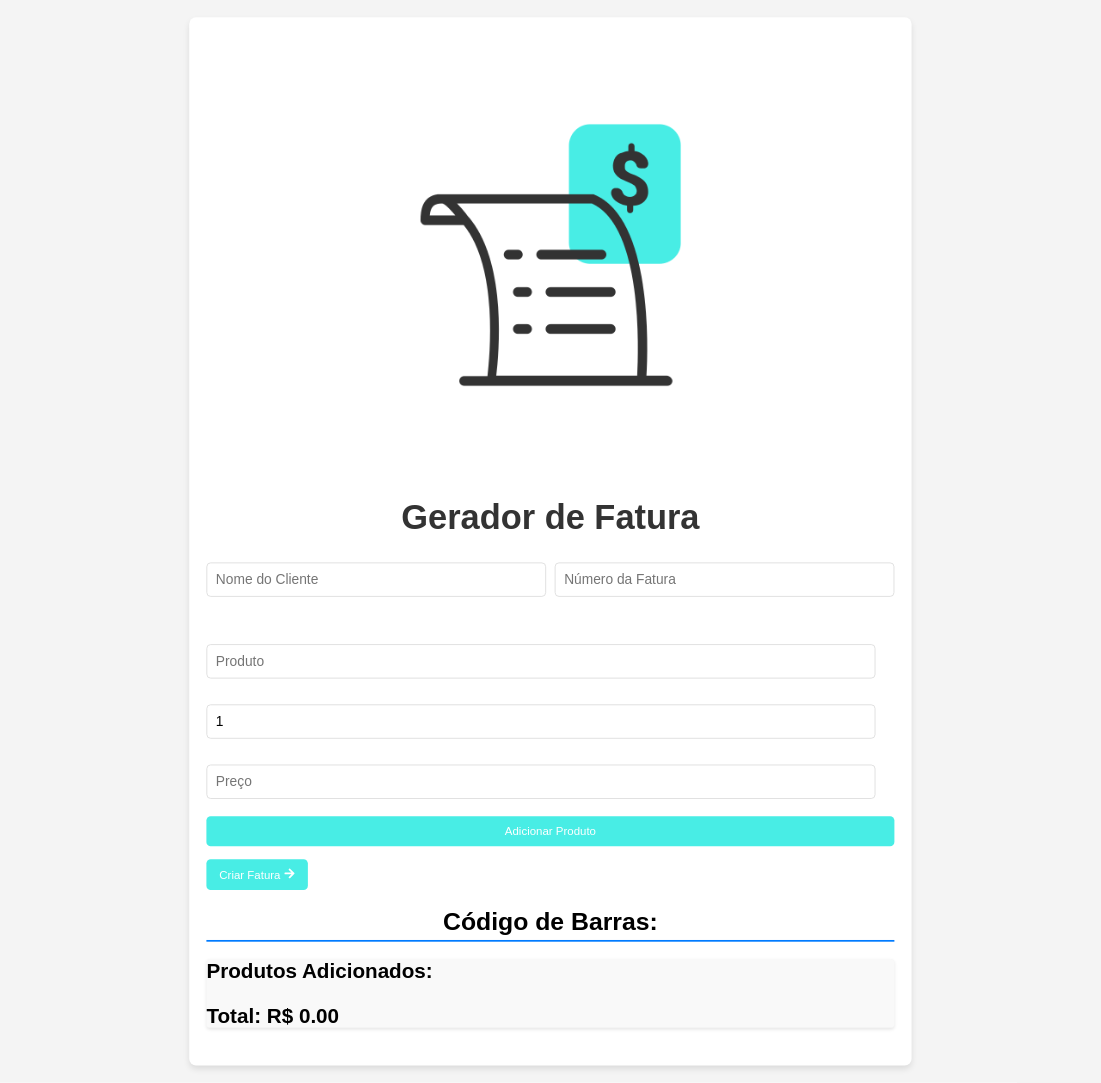
Repository: thmedu/Gerador-de-Faturas
Page: /
The author's editor kept a copy of each file at every save. The page is drawn from the files as they stood at one save, then again after the next save.
The browser window is 1280 px wide. The pictures show the whole page, at 86% of full size.
The project was rebuilt for these pictures with package versions that can differ from the ones it lists, and the page was loaded fresh each time. Also part of the build but not shown: vite.config.js, src/Componete/Template.jsx.

Above is the page before, as saved 2024-07-16 22:27:31.

### index.html
<!DOCTYPE html>
<html lang="pt-BR">

<head>
  <meta charset="UTF-8" />
  <meta name="viewport" content="width=device-width, initial-scale=1.0" />
  <meta name="description" content="Gere sua fatura de forma simples e rápida com nosso gerador de faturas em React." />
  <meta name="keywords" content="fatura, gerador de faturas, React, financeiro" />
  <meta name="author" content="Thomas Eduardo" />
  <link rel="stylesheet" href="./src/App.css">
  <link rel="icon" href="./public/logo.png" />
  <title>Gere sua Fatura</title>
</head>


<body>
  <div id="root"></div>
  <script type="module" src="./src/main.jsx"></script>
</body>

</html>

### src/App.css
/* Global Styles */
body {
  font-family: 'Arial', sans-serif;
  background-color: #f4f4f4;
  margin: 0;
  padding: 0;
}

.container {
  max-width: 800px;
  margin: 20px auto;
  padding: 20px;
  background: #ffffff;
  border-radius: 8px;
  box-shadow: 0 4px 8px rgba(0, 0, 0, 0.1);
}

.logo {
  display: block;
  margin: 0 auto 20px;
  max-width: 100%;
  height: auto;
}

.title {
  text-align: center;
  color: #333;
  margin-bottom: 20px;
}

/* Form Styles */
.form {
  display: flex;
  flex-direction: column;
  gap: 15px;
}

.inputs {
  display: flex;
  gap: 10px;
  flex-wrap: wrap; /* Allow wrapping */
}

.input-field {
  flex: 1;
  padding: 10px;
  border: 1px solid #ccc;
  border-radius: 4px;
  font-size: 16px;
  min-width: 200px; /* Minimum width for inputs */
  box-sizing: border-box; /* Include padding and border in width */
}

.submit-button {
  padding: 10px 15px;
  background-color: #48ede5;
  color: #fff;
  border: none;
  border-radius: 5px;
  cursor: pointer;
  transition: background-color 0.3s;
}

.submit-button:hover {
  background-color: #36b8c2;
}

.product-form {
  margin-top: 20px;
  display: flex;
  flex-direction: column;
  gap: 10px;
}

.product-form input {
  padding: 10px;
  border: 1px solid #ccc;
  border-radius: 4px;
  width: 100%; /* Full width for product inputs */
  box-sizing: border-box; /* Include padding and border in width */
}

/* Product List Styles */
.product-list {
  margin-top: 20px;
  padding: 10px;
  background: #f9f9f9;
  border-radius: 4px;
  box-shadow: 0 2px 4px rgba(0, 0, 0, 0.1);
}

.product-list ul {
  list-style-type: none;
  padding: 0;
}

.product-list li {
  padding: 8px 0;
  border-bottom: 1px solid #ddd;
}

.product-list li:last-child {
  border-bottom: none;
}

/* Barcode and PDF Container Styles */
.barcode-container {
  margin-top: 20px;
  text-align: center;
}


/* Button Styles */
.back-button {
  margin-top: 20px;
  padding: 10px 15px;
  background-color: #ff6b6b;
  color: white;
  border: none;
  border-radius: 5px;
  cursor: pointer;
  transition: background-color 0.3s;
}

.back-button:hover {
  background-color: #e55b5b;
}

/* Media Queries */
@media (max-width: 600px) {
  .inputs {
    flex-direction: column;
  }

  .input-field {
    margin-bottom: 10px;
    width: 100%; /* Full width on small screens */
  }

  .product-list, .pdf-container {
    padding: 15px; /* Less padding for smaller screens */
  }

  .submit-button {
    width: 100%; /* Full width for the button */
  }

  .back-button {
    width: 100%; /* Full width for the back button */
  }
}

@media (max-width: 400px) {
  .submit-button, .back-button {
    padding: 8px; /* Smaller padding on extra small screens */
  }

  .title {
    font-size: 1.5em; /* Adjust font size for smaller screens */
  }
}

### src/main.jsx
import React from 'react';
import ReactDOM from 'react-dom/client';
import App from './App';
import 'react-toastify/dist/ReactToastify.css';
import { ToastContainer } from 'react-toastify';


const root = ReactDOM.createRoot(document.getElementById('root'));


root.render(
  <React.StrictMode>
    <ToastContainer />
    <App />
  </React.StrictMode>,
);

### src/App.jsx
import React, { useState, useEffect } from 'react';
import './App.css';
import TemplatePdf from './Componete/Template';
import Barcode from 'react-barcode';
import { FaArrowRight, FaArrowLeft, FaEdit, FaTrash } from 'react-icons/fa';
import { toast, ToastContainer } from 'react-toastify';
import logo from '/logo.png';

function App() {
  const [numeroDaFatura, setNumeroDaFatura] = useState('');
  const [nomeCliente, setNomeCliente] = useState('');
  const [data, setData] = useState('');
  const [visualizar, setVisualizar] = useState(true);
  const [loading, setLoading] = useState(false);
  const [produtos, setProdutos] = useState([]);
  const [produto, setProduto] = useState('');
  const [quantidade, setQuantidade] = useState(1);
  const [preco, setPreco] = useState('');
  const [editIndex, setEditIndex] = useState(null);

  useEffect(() => {
    const atual = new Date();
    const dataFormatada = `${String(atual.getDate()).padStart(2, '0')}/${String(
      atual.getMonth() + 1,
    ).padStart(2, '0')}/${atual.getFullYear()}`;
    setData(dataFormatada);

    const storedData = JSON.parse(localStorage.getItem('invoiceData'));
    if (storedData) {
      setNumeroDaFatura(storedData.numeroDaFatura);
      setNomeCliente(storedData.nomeCliente);
      setProdutos(storedData.produtos);
    }
  }, []);

  useEffect(() => {
    localStorage.setItem(
      'invoiceData',
      JSON.stringify({ numeroDaFatura, nomeCliente, produtos }),
    );
  }, [numeroDaFatura, nomeCliente, produtos]);

  const validarEntrada = () => {
    if (!numeroDaFatura.match(/^[0-9]+$/)) {
      toast.error('Por favor, insira um número de fatura válido.');
      return false;
    }
    if (!nomeCliente) {
      toast.error('Por favor, insira o nome do cliente.');
      return false;
    }
    return true;
  };

  const criarFatura = () => {
    if (!validarEntrada()) return;

    setLoading(true);
    setTimeout(() => {
      toast.success('Fatura criada com sucesso!');
      setLoading(false);
      setVisualizar(false);
    }, 500);
  };

  const validarEntradaProduto = () => {
    if (!produto) {
      toast.error('Por favor, insira o nome do produto.');
      return false;
    }
    if (quantidade <= 0) {
      toast.error('Quantidade deve ser maior que zero.');
      return false;
    }
    if (preco <= 0) {
      toast.error('Preço deve ser maior que zero.');
      return false;
    }
    return true;
  };

  const adicionarProduto = () => {
    if (validarEntradaProduto()) {
      const newProduto = {
        produto,
        quantidade: Number(quantidade),
        preco: Number(preco),
      };
      if (editIndex !== null) {
        const updatedProdutos = produtos.map((item, index) =>
          index === editIndex ? newProduto : item,
        );
        setProdutos(updatedProdutos);
        setEditIndex(null);
        toast.success('Produto atualizado com sucesso!');
      } else {
        setProdutos((prevProdutos) => [...prevProdutos, newProduto]);
        toast.success('Produto adicionado com sucesso!');
      }
      resetProdutoFields();
    }
  };

  const editarProduto = (index) => {
    const produtoEditado = produtos[index];
    setProduto(produtoEditado.produto);
    setQuantidade(produtoEditado.quantidade);
    setPreco(produtoEditado.preco);
    setEditIndex(index);
  };

  const removerProduto = (index) => {
    setProdutos(produtos.filter((_, i) => i !== index));
    toast.success('Produto removido com sucesso!');
  };

  const resetProdutoFields = () => {
    setProduto('');
    setQuantidade(1);
    setPreco('');
  };

  const totalFatura = produtos.reduce(
    (acc, curr) => acc + curr.quantidade * curr.preco,
    0,
  );

  const voltar = () => {
    setVisualizar(true);
    resetForm();
  };

  const resetForm = () => {
    setNumeroDaFatura('');
    setNomeCliente('');
    setProdutos([]);
    localStorage.removeItem('invoiceData');
  };

  return (
    <>
      <ToastContainer />
      {visualizar ? (
        <div className="container">
          <img src={logo} alt="Logo" className="logo" />
          <h1 className="title">Gerador de Fatura</h1>
          <div className="form">
            <div className="inputs">
              <input
                type="text"
                placeholder="Nome do Cliente"
                value={nomeCliente}
                onChange={(e) => setNomeCliente(e.target.value)}
                disabled={loading}
                className="input-field"
                required
              />
              <input
                type="text"
                placeholder="Número da Fatura"
                value={numeroDaFatura}
                onChange={(e) => setNumeroDaFatura(e.target.value)}
                disabled={loading}
                className="input-field"
                required
              />
            </div>
            <div className="product-form">
              <input
                type="text"
                placeholder="Produto"
                value={produto}
                onChange={(e) => setProduto(e.target.value)}
                className="input-field"
              />
              <input
                type="number"
                placeholder="Quantidade"
                value={quantidade}
                onChange={(e) => setQuantidade(e.target.value)}
                className="input-field"
                min="1"
              />
              <input
                type="number"
                placeholder="Preço"
                value={preco}
                onChange={(e) => setPreco(e.target.value)}
                className="input-field"
                min="0"
              />
              <button onClick={adicionarProduto} className="submit-button">
                {editIndex !== null ? 'Atualizar Produto' : 'Adicionar Produto'}
              </button>
            </div>
            <div className="buttons">
              <button
                onClick={criarFatura}
                disabled={loading}
                className="submit-button"
                title={
                  loading
                    ? 'Aguarde enquanto a fatura é criada'
                    : 'Criar fatura'
                }
              >
                {loading ? 'Criando...' : 'Criar Fatura'} <FaArrowRight />
              </button>
            </div>
          </div>
          <div className="barcode-container">
            <h2>Código de Barras:</h2>
            {numeroDaFatura && <Barcode value={numeroDaFatura} />}
          </div>
          <div className="product-list">
            <h3>Produtos Adicionados:</h3>
            <ul>
              {produtos.map((item, index) => (
                <li key={index}>
                  {item.quantidade} x {item.produto} @ R${' '}
                  {item.preco.toFixed(2)} = R${' '}
                  {(item.quantidade * item.preco).toFixed(2)}
                  <button onClick={() => editarProduto(index)}>
                    <FaEdit />
                  </button>
                  <button onClick={() => removerProduto(index)}>
                    <FaTrash />
                  </button>
                </li>
              ))}
            </ul>
            <h3>Total: R$ {totalFatura.toFixed(2)}</h3>
          </div>
        </div>
      ) : (
        <div className="pdf-container">
          <TemplatePdf
            NumeroDaFatura={numeroDaFatura}
            data={data}
            nomeCliente={nomeCliente}
            produtos={produtos}
            total={totalFatura}
          />
          <button onClick={voltar} className="back-button">
            Voltar <FaArrowLeft />
          </button>
        </div>
      )}
    </>
  );
}

export default App;

### src/Componete/Template.css
/* Template.css */

.pdf-container {
  max-width: 900px;
  margin: 40px auto;
  padding: 30px;
  border: 1px solid #e0e0e0;
  border-radius: 10px;
  box-shadow: 0 4px 20px rgba(0, 0, 0, 0.1);
  background-color: #ffffff;
  font-family: 'Arial', sans-serif;
  color: #333;
  position: relative;
  text-align: center; /* Center the logo */
}

.pdf-logo {
  max-width: 150px; /* Adjust logo size */
  margin: 0 auto 20px; /* Center and add margin */
}

.pdf-container:before {
  content: '';
  position: absolute;
  top: 0;
  left: 0;
  right: 0;
  height: 20px;
  background: linear-gradient(to right, #007BFF, #00C6FF); /* Change this if your logo has specific colors */
  border-radius: 10px 10px 0 0;
}

h1 {
  font-size: 2.5em;
  margin-bottom: 20px;
  color: #007BFF; /* Main brand color */
}

h2 {
  font-size: 1.8em;
  margin-top: 20px;
  margin-bottom: 10px;
  border-bottom: 2px solid #007BFF; /* Brand color */
  padding-bottom: 5px;
}

h3 {
  font-size: 1.5em;
  margin-top: 15px;
}

.product-list {
  list-style-type: none;
  padding: 0;
}

.product-list li {
  display: flex;
  justify-content: space-between;
  align-items: center;
  padding: 15px;
  border-radius: 8px;
  background-color: #f9f9f9;
  margin-bottom: 10px;
  transition: background-color 0.3s;
}

.product-list li:hover {
  background-color: #f1f1f1;
}

.product-list li span {
  flex-grow: 1;
  font-weight: bold;
}

button {
  background-color: #007BFF; /* Primary button color */
  color: white;
  border: none;
  border-radius: 5px;
  padding: 8px 12px;
  cursor: pointer;
  transition: background-color 0.3s, transform 0.3s;
}

button:hover {
  background-color: #0056b3; /* Darker shade on hover */
  transform: translateY(-2px);
}

.add-product-button {
  background-color: #28a745; /* Success color */
}

.add-product-button:hover {
  background-color: #218838;
}

.print-button {
  background-color: #ffc107; /* Warning color */
}

.print-button:hover {
  background-color: #e0a800;
}

input[type="text"],
input[type="number"] {
  width: calc(100% - 22px);
  padding: 10px;
  margin: 10px 0;
  border: 1px solid #ddd;
  border-radius: 5px;
  box-sizing: border-box;
}

input[type="text"]:focus,
input[type="number"]:focus {
  border-color: #007BFF; /* Highlight color */
  outline: none;
}

.dialog-title {
  display: flex;
  justify-content: space-between;
  align-items: center;
}

.icon-close {
  cursor: pointer;
  color: #e74c3c; /* Error color */
}

.icon-close:hover {
  opacity: 0.8;
}

/* Media Queries */
@media (max-width: 600px) {
  .pdf-container {
    padding: 20px;
  }

  h1 {
    font-size: 2em;
  }

  h2 {
    font-size: 1.5em;
  }

  button {
    width: 100%;
    margin: 5px 0;
  }
}

After the next save:
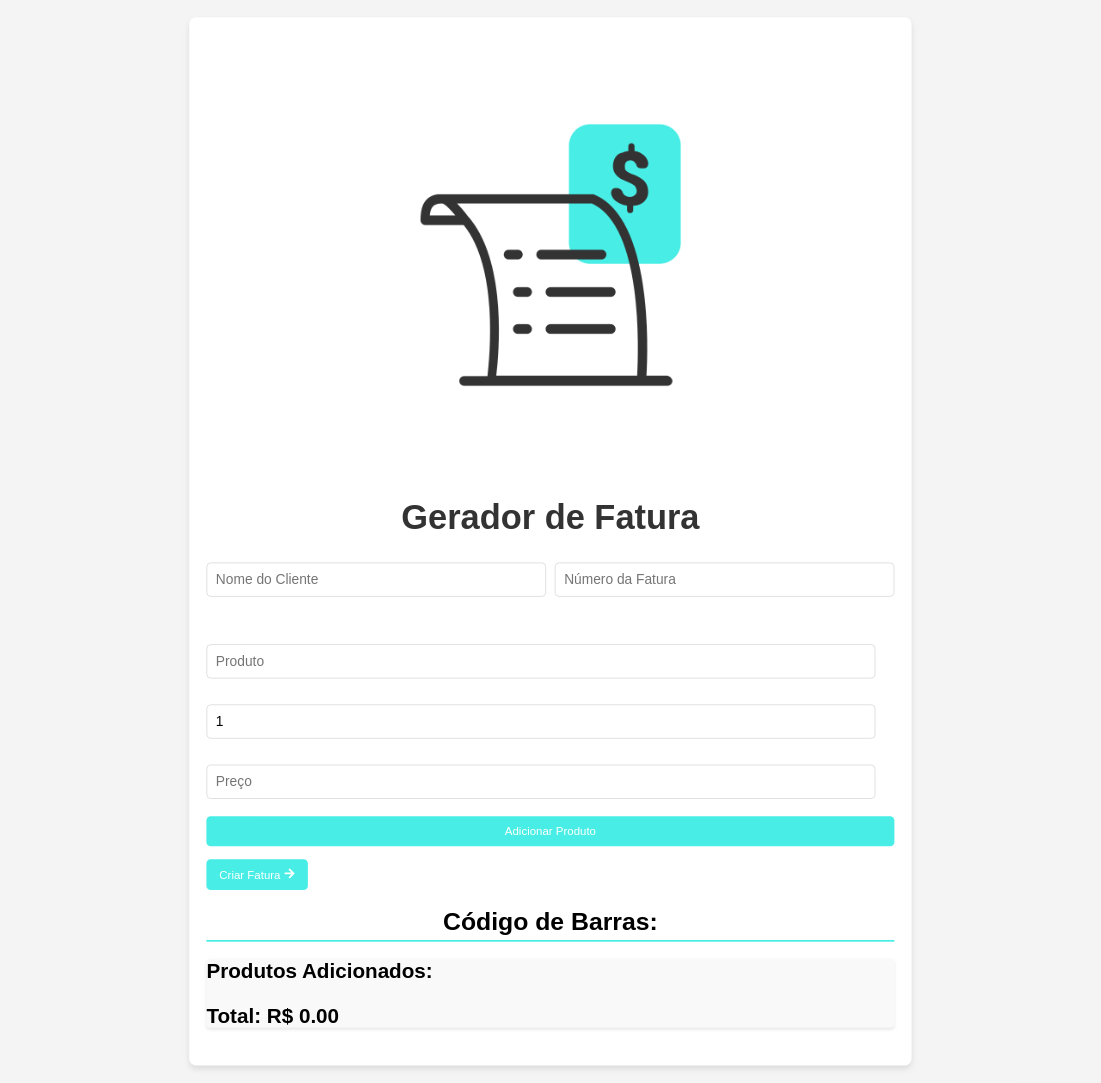
Saved 112 s later.
--- a/src/Componete/Template.css
+++ b/src/Componete/Template.css
@@ -26,21 +26,21 @@
   left: 0;
   right: 0;
   height: 20px;
-  background: linear-gradient(to right, #007BFF, #00C6FF); /* Change this if your logo has specific colors */
+  background: linear-gradient(to right, #48ede5, #00C6FF); /* Gradient using logo color */
   border-radius: 10px 10px 0 0;
 }
 
 h1 {
   font-size: 2.5em;
   margin-bottom: 20px;
-  color: #007BFF; /* Main brand color */
+  color: #48ede5; /* Main brand color */
 }
 
 h2 {
   font-size: 1.8em;
   margin-top: 20px;
   margin-bottom: 10px;
-  border-bottom: 2px solid #007BFF; /* Brand color */
+  border-bottom: 2px solid #48ede5; /* Brand color */
   padding-bottom: 5px;
 }
 
@@ -75,7 +75,7 @@ h3 {
 }
 
 button {
-  background-color: #007BFF; /* Primary button color */
+  background-color: #48ede5; /* Primary button color */
   color: white;
   border: none;
   border-radius: 5px;
@@ -85,7 +85,7 @@ button {
 }
 
 button:hover {
-  background-color: #0056b3; /* Darker shade on hover */
+  background-color: #36b2c0; /* Darker shade on hover */
   transform: translateY(-2px);
 }
 
@@ -117,7 +117,7 @@ input[type="number"] {
 
 input[type="text"]:focus,
 input[type="number"]:focus {
-  border-color: #007BFF; /* Highlight color */
+  border-color: #48ede5; /* Highlight color */
   outline: none;
 }
 
